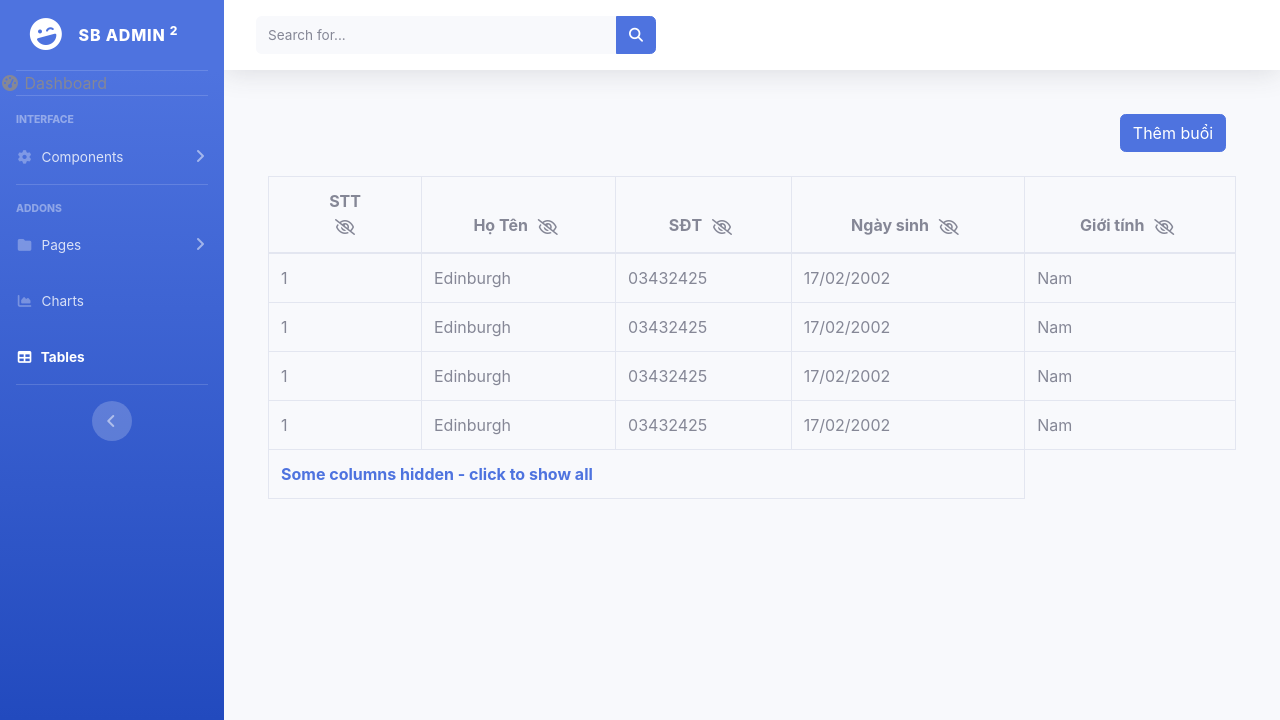
Repository: huyennvo/WebCiTEdu
Page: index.html
An editor plug-in stored every save of this project. The page is shown before and after the next save, followed by the edit.
The browser window is 1280 px wide. The pictures show the whole page.
Some web libraries are served in a nearby version.

Above is the page before, as saved 2022-07-30 09:45:11.

After the next save:
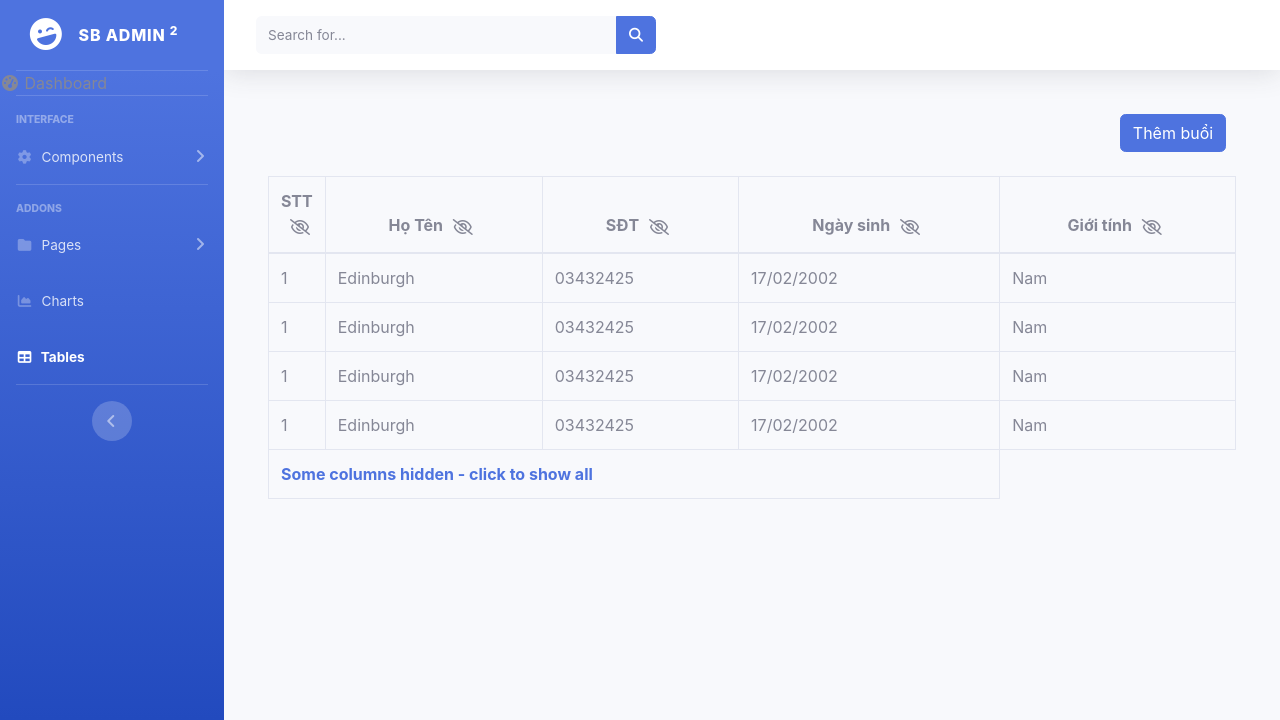
Saved 12 s later.
--- a/index.html
+++ b/index.html
@@ -199,7 +199,7 @@ crossorigin="anonymous"
                                     <tr id="row1">
                                         <th>
                                             STT
-                                            <button style="width:10vw" class="pull-right btn btn-default btn-condensed hide-column" data-toggle="tooltip" data-placement="bottom" title="Ẩn cột">
+                                            <button style="width:2vw" class="pull-right btn btn-default btn-condensed hide-column" data-toggle="tooltip" data-placement="bottom" title="Ẩn cột">
           <i class="fa fa-eye-slash"></i>
         </button>
                                         </th>
@@ -237,28 +237,28 @@ crossorigin="anonymous"
 
 
                                     <tr id="row2">
-                                        <td style="width:10vw">1</td>
+                                        <td style="width:2vw">1</td>
                                         <td>Edinburgh</td>
                                         <td>03432425</td>
                                         <td>17/02/2002</td>
                                         <td>Nam</td>
                                     </tr>
                                     <tr id="row3">
-                                        <td style="width:10vw">1</td>
+                                        <td style="width:2vw">1</td>
                                         <td>Edinburgh</td>
                                         <td>03432425</td>
                                         <td>17/02/2002</td>
                                         <td>Nam</td>
                                     </tr>
                                     <tr id="row4">
-                                        <td style="width:10vw">1</td>
+                                        <td style="width:2vw">1</td>
                                         <td>Edinburgh</td>
                                         <td>03432425</td>
                                         <td>17/02/2002</td>
                                         <td>Nam</td>
                                     </tr>
                                     <tr id="row5">
-                                        <td style="width:10vw">1</td>
+                                        <td style="width:2vw">1</td>
                                         <td>Edinburgh</td>
                                         <td>03432425</td>
                                         <td>17/02/2002</td>
